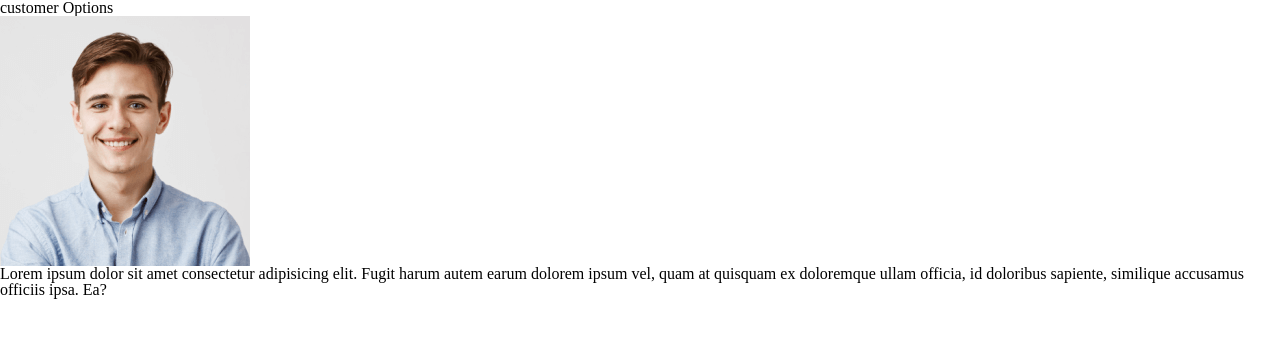
Repository: dinhhaidh/slider-3
Page: index.html
The author's editor kept a copy of each file at every save. The page is drawn from the files as they stood at one save, then again after a run of saves.
The browser window is 1280 px wide. The pictures show the whole page.

Above is the page before, as saved 2024-03-22 20:08:21.

After the next 2 saves:
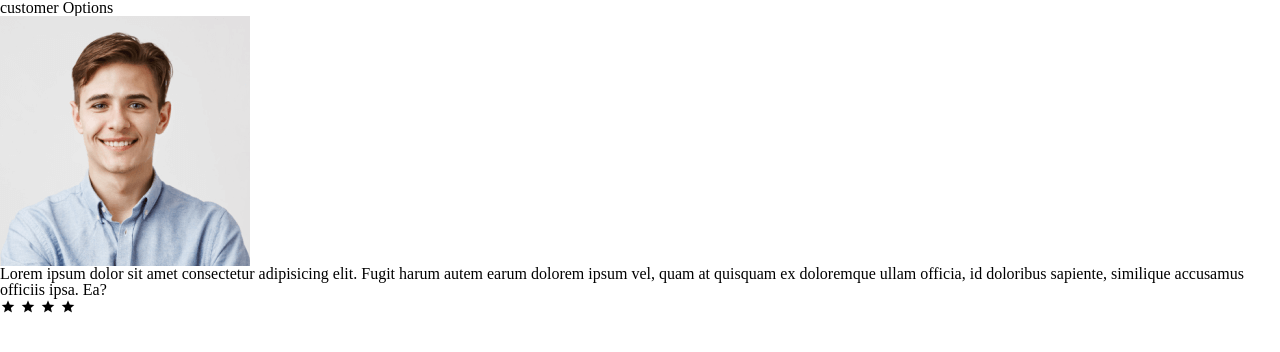
The 2 saves are shown as one change because they came seconds apart.
The last was saved 41 s later.
--- a/index.html
+++ b/index.html
@@ -23,7 +23,10 @@
                         </p>
 
                         <div class="customer__star">
-
+                            <i class="ri-star-s-fill"></i>
+                            <i class="ri-star-s-fill"></i>
+                            <i class="ri-star-s-fill"></i>
+                            <i class="ri-star-s-fill"></i>
                         </div>
                     </article>
                 </div>
